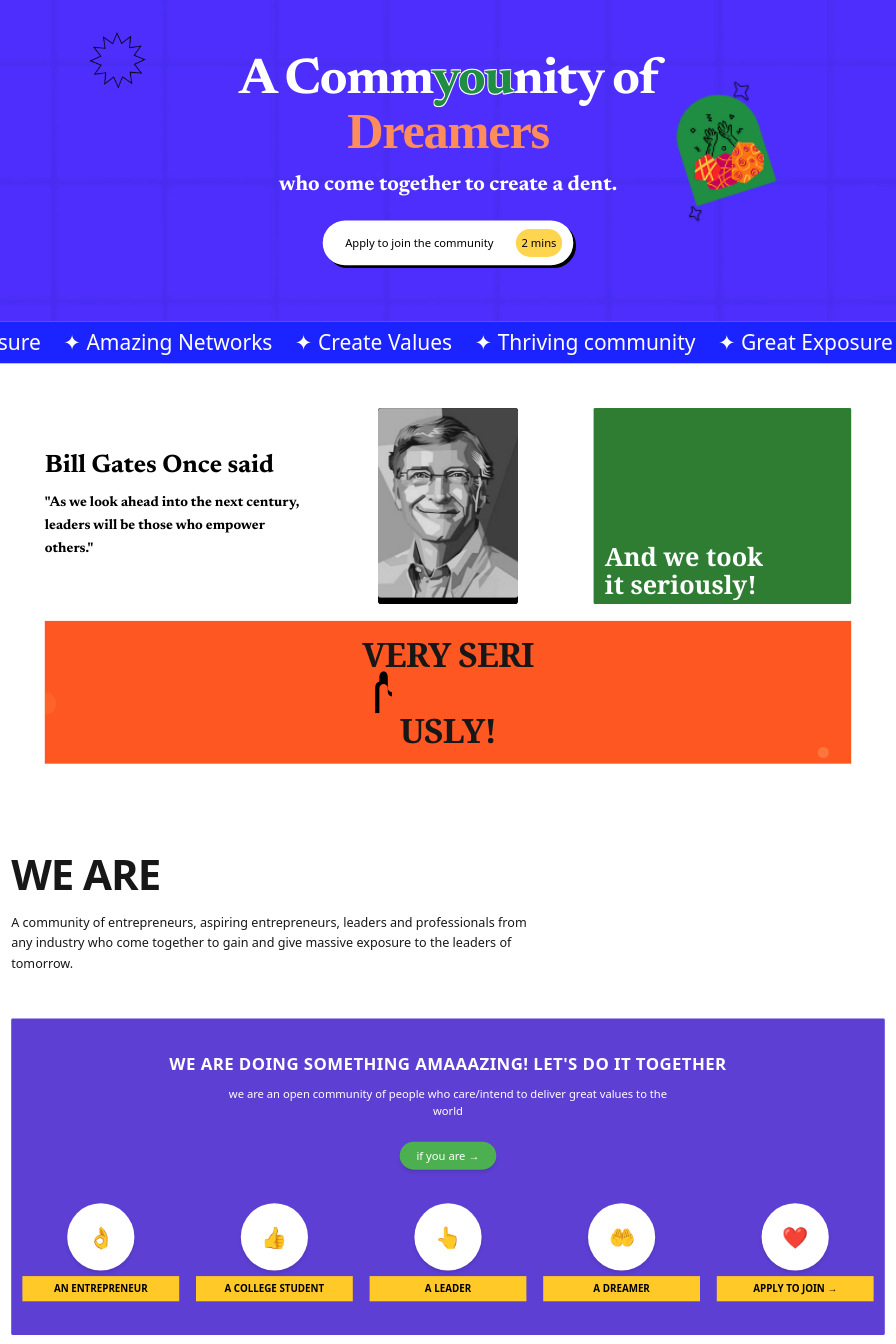
Repository: as-avni/dreamersite
Page: /
The author's editor kept a copy of each file at every save. The page is drawn from the files as they stood at one save, then again after the next save.
The browser window is 1280 px wide. The pictures show the part of the page from y = 0 to 1920 px (the page is 2628 px tall), at 70% of full size.
Some web fonts or font styles are not loaded; a fallback is used. The project was rebuilt for these pictures with package versions that can differ from the ones it lists, and the page was loaded fresh each time. Some packages were replaced by stand-ins written for this rebuild. The framework's server and built-in components were replaced by stand-ins that run in the browser. Also part of the build but not shown: next.config.ts.

Above is the page before, as saved 2025-03-21 04:47:40.

After the next save:
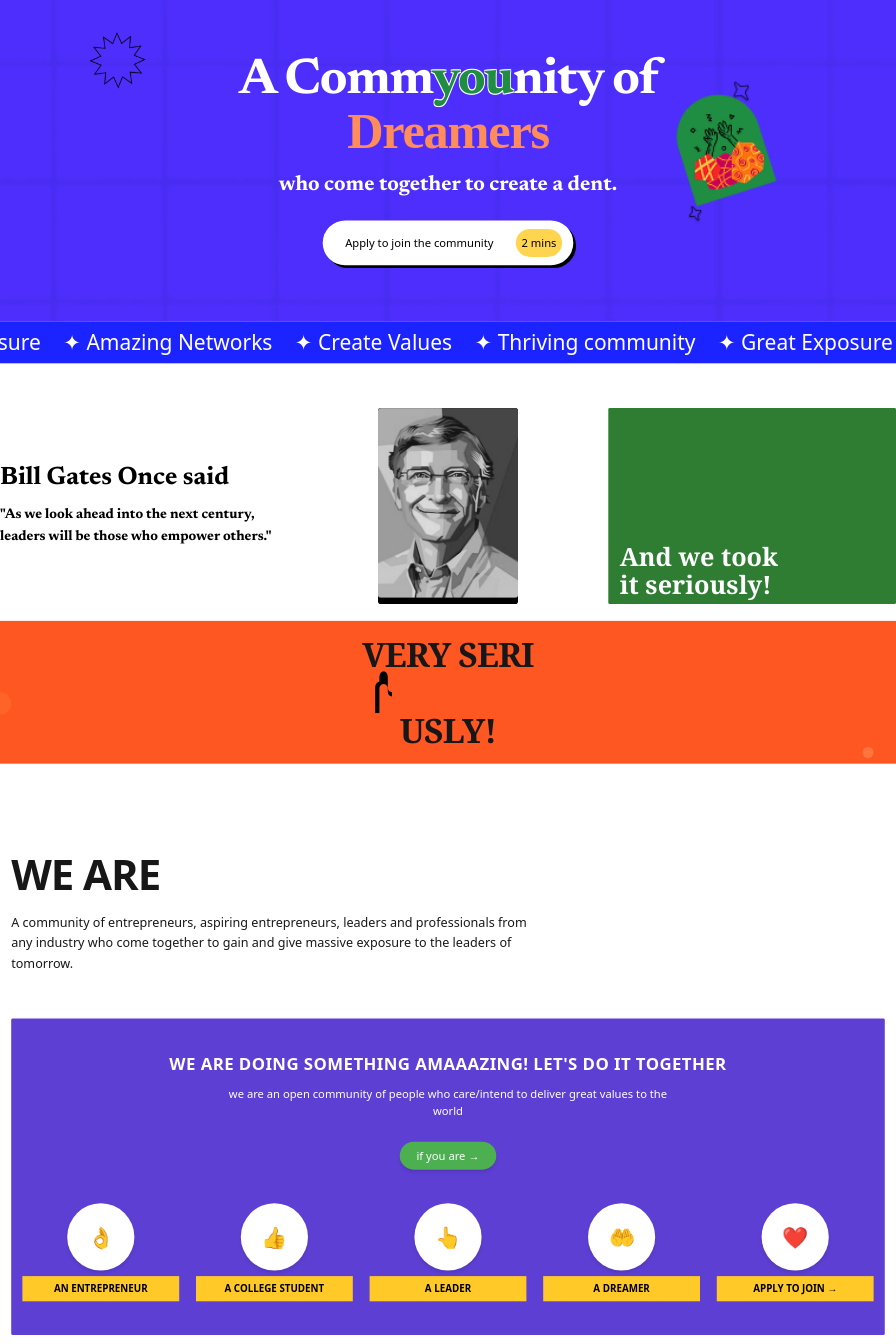
Saved 2 min 4 s later.
--- a/src/components/bill-gates.tsx
+++ b/src/components/bill-gates.tsx
@@ -5,7 +5,7 @@
 
 export default function BillGatesSection() {
 return (
-    <section className=" py-16 px-4 md:px-0 lg:px-0 max-w-6xl mx-auto w-full">
+    <section className=" py-16 px-4 md:px-0 lg:px-0 max-w-7xl mx-auto w-full">
         <div className="grid grid-cols-1 md:grid-cols-3 gap-6 items-center">
             {/* Quote Text Section */}
             <motion.div
